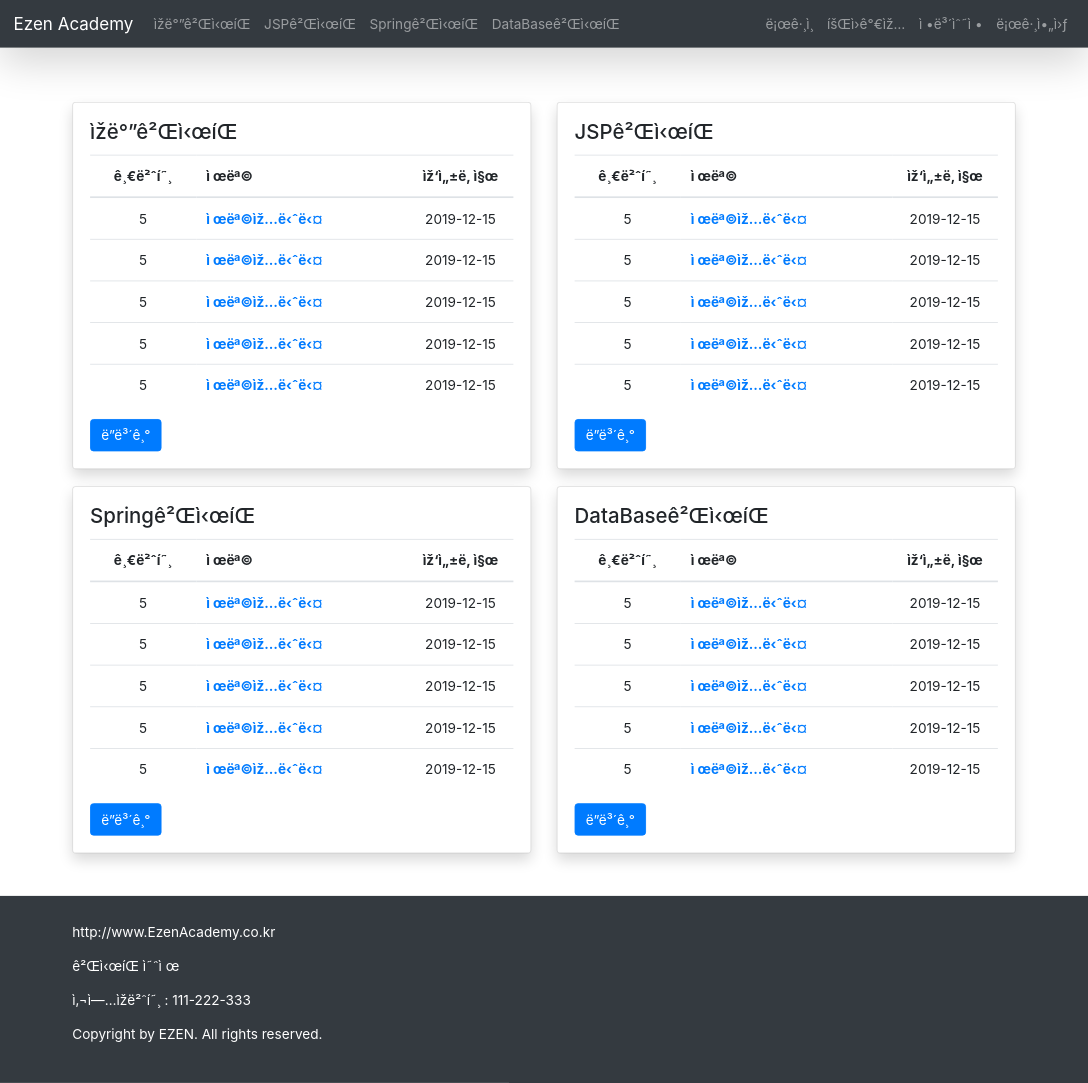
Repository: kangseongwuk/Spring
Page: http://localhost/SpringMiniProject/WEB-INF/views/index.jsp
The author's editor kept a copy of each file at every save. The page is drawn from the files as they stood at one save, then again after the next save.
The browser window is 1280 px wide. The pictures show the whole page, at 85% of full size.
The page is served by Tomcat 9. Nobody is signed in. Other server files are loaded and not shown. The template is opened directly, without the code that normally fills it, so the values that code supplies are empty.

Above is the page before, as saved 2022-10-24 06:17:49.

### SpringMiniProject/src/main/webapp/WEB-INF/views/index.jsp
<!DOCTYPE html>
<html>
<head>
<meta charset="UTF-8">
<meta name="viewport" content="width=device-width, initial-scale=1">
<title>미니 프로젝트</title>
<!-- Bootstrap CDN -->
<link rel="stylesheet" href="https://maxcdn.bootstrapcdn.com/bootstrap/4.1.0/css/bootstrap.min.css">
<script src="https://ajax.googleapis.com/ajax/libs/jquery/3.3.1/jquery.min.js"></script>
<script src="https://cdnjs.cloudflare.com/ajax/libs/popper.js/1.14.0/umd/popper.min.js"></script>
<script src="https://maxcdn.bootstrapcdn.com/bootstrap/4.1.0/js/bootstrap.min.js"></script>
</head>
<body>

<!-- 상단 메뉴 부분 -->
<nav class="navbar navbar-expand-md bg-dark navbar-dark fixed-top shadow-lg">
	<a class="navbar-brand" href="index.html">Ezen Academy</a>
	<button class="navbar-toggler" type="button" data-toggle="collapse"
	        data-target="#navMenu">
		<span class="navbar-toggler-icon"></span>
	</button>
	<div class="collapse navbar-collapse" id="navMenu">
		<ul class="navbar-nav">
			<li class="nav-item">
				<a href="board_main.html" class="nav-link">자바게시판</a>
			</li>
			<li class="nav-item">
				<a href="board_main.html" class="nav-link">JSP게시판</a>
			</li>
			<li class="nav-item">
				<a href="board_main.html" class="nav-link">Spring게시판</a>
			</li>
			<li class="nav-item">
				<a href="board_main.html" class="nav-link">DataBase게시판</a>
			</li>
		</ul>

		<ul class="navbar-nav ml-auto">
			<li class="nav-item">
				<a href="login.html" class="nav-link">로그인</a>
			</li>
			<li class="nav-item">
				<a href="join.html" class="nav-link">회원가입</a>
			</li>
			<li class="nav-item">
				<a href="modify_user.html" class="nav-link">정보수정</a>
			</li>
			<li class="nav-item">
				<a href="index.html" class="nav-link">로그아웃</a>
			</li>
		</ul>
	</div>
</nav>

<!-- 게시판 미리보기 부분 -->
<div class="container" style="margin-top:100px">
	<div class="row">
		<div class="col-lg-6" style="margin-top:20px">
			<div class="card shadow">
				<div class="card-body">
					<h4 class="card-title">자바게시판</h4>
					<table class="table table-hover" id='board_list'>
						<thead>
							<tr>
								<th class="text-center w-25">글번호</th>
								<th>제목</th>
								<th class="text-center w-25 d-none d-xl-table-cell">작성날짜</th>
							</tr>
						</thead>
						<tbody>
							<tr>
								<td class="text-center">5</td>
								<th><a href='board_read.html'>제목입니다</a></th>
								<td class="text-center d-none d-xl-table-cell">2019-12-15</td>
							</tr>
							<tr>
								<td class="text-center">5</td>
								<th><a href='board_read.html'>제목입니다</a></th>
								<td class="text-center d-none d-xl-table-cell">2019-12-15</td>
							</tr>
							<tr>
								<td class="text-center">5</td>
								<th><a href='board_read.html'>제목입니다</a></th>
								<td class="text-center d-none d-xl-table-cell">2019-12-15</td>
							</tr>
							<tr>
								<td class="text-center">5</td>
								<th><a href='board_read.html'>제목입니다</a></th>
								<td class="text-center d-none d-xl-table-cell">2019-12-15</td>
							</tr>
							<tr>
								<td class="text-center">5</td>
								<th><a href='board_read.html'>제목입니다</a></th>
								<td class="text-center d-none d-xl-table-cell">2019-12-15</td>
							</tr>
						</tbody>
					</table>

					<a href="board_main.html" class="btn btn-primary">더보기</a>
				</div>
			</div>
		</div>
		<div class="col-lg-6" style="margin-top:20px">
			<div class="card shadow">
				<div class="card-body">
					<h4 class="card-title">JSP게시판</h4>
					<table class="table table-hover">
						<thead>
							<tr>
								<th class="text-center w-25">글번호</th>
								<th>제목</th>
								<th class="text-center w-25 d-none d-xl-table-cell">작성날짜</th>
							</tr>
						</thead>
						<tbody>
							<tr>
								<td class="text-center">5</td>
								<th><a href='board_read.html'>제목입니다</a></th>
								<td class="text-center d-none d-xl-table-cell">2019-12-15</td>
							</tr>
							<tr>
								<td class="text-center">5</td>
								<th><a href='board_read.html'>제목입니다</a></th>
								<td class="text-center d-none d-xl-table-cell">2019-12-15</td>
							</tr>
							<tr>
								<td class="text-center">5</td>
								<th><a href='board_read.html'>제목입니다</a></th>
								<td class="text-center d-none d-xl-table-cell">2019-12-15</td>
							</tr>
							<tr>
								<td class="text-center">5</td>
								<th><a href='board_read.html'>제목입니다</a></th>
								<td class="text-center d-none d-xl-table-cell">2019-12-15</td>
							</tr>
							<tr>
								<td class="text-center">5</td>
								<th><a href='board_read.html'>제목입니다</a></th>
								<td class="text-center d-none d-xl-table-cell">2019-12-15</td>
							</tr>
						</tbody>
					</table>

					<a href="board_main.html" class="btn btn-primary">더보기</a>
				</div>
			</div>

		</div>
		<div class="col-lg-6" style="margin-top:20px">
			<div class="card shadow">
				<div class="card-body">
					<h4 class="card-title">Spring게시판</h4>
					<table class="table table-hover">
						<thead>
							<tr>
								<th class="text-center w-25">글번호</th>
								<th>제목</th>
								<th class="text-center w-25 d-none d-xl-table-cell">작성날짜</th>
							</tr>
						</thead>
						<tbody>
							<tr>
								<td class="text-center">5</td>
								<th><a href='board_read.html'>제목입니다</a></th>
								<td class="text-center d-none d-xl-table-cell">2019-12-15</td>
							</tr>
							<tr>
								<td class="text-center">5</td>
								<th><a href='board_read.html'>제목입니다</a></th>
								<td class="text-center d-none d-xl-table-cell">2019-12-15</td>
							</tr>
							<tr>
								<td class="text-center">5</td>
								<th><a href='board_read.html'>제목입니다</a></th>
								<td class="text-center d-none d-xl-table-cell">2019-12-15</td>
							</tr>
							<tr>
								<td class="text-center">5</td>
								<th><a href='board_read.html'>제목입니다</a></th>
								<td class="text-center d-none d-xl-table-cell">2019-12-15</td>
							</tr>
							<tr>
								<td class="text-center">5</td>
								<th><a href='board_read.html'>제목입니다</a></th>
								<td class="text-center d-none d-xl-table-cell">2019-12-15</td>
							</tr>
						</tbody>
					</table>

					<a href="board_main.html" class="btn btn-primary">더보기</a>
				</div>
			</div>
		</div>
		<div class="col-lg-6" style="margin-top:20px">
			<div class="card shadow">
				<div class="card-body">
					<h4 class="card-title">DataBase게시판</h4>
					<table class="table table-hover">
						<thead>
							<tr>
								<th class="text-center w-25">글번호</th>
								<th>제목</th>
								<th class="text-center w-25 d-none d-xl-table-cell">작성날짜</th>
							</tr>
						</thead>
						<tbody>
							<tr>
								<td class="text-center">5</td>
								<th><a href='board_read.html'>제목입니다</a></th>
								<td class="text-center d-none d-xl-table-cell">2019-12-15</td>
							</tr>
							<tr>
								<td class="text-center">5</td>
								<th><a href='board_read.html'>제목입니다</a></th>
								<td class="text-center d-none d-xl-table-cell">2019-12-15</td>
							</tr>
							<tr>
								<td class="text-center">5</td>
								<th><a href='board_read.html'>제목입니다</a></th>
								<td class="text-center d-none d-xl-table-cell">2019-12-15</td>
							</tr>
							<tr>
								<td class="text-center">5</td>
								<th><a href='board_read.html'>제목입니다</a></th>
								<td class="text-center d-none d-xl-table-cell">2019-12-15</td>
							</tr>
							<tr>
								<td class="text-center">5</td>
								<th><a href='board_read.html'>제목입니다</a></th>
								<td class="text-center d-none d-xl-table-cell">2019-12-15</td>
							</tr>
						</tbody>
					</table>

					<a href="board_main.html" class="btn btn-primary">더보기</a>
				</div>
			</div>
		</div>
	</div>
</div>

<div class="container-fluid bg-dark text-white" style="margin-top:50px;padding-top:30px;padding-bottom:30px">
	<div class="container">
		<p>http://www.EzenAcademy.co.kr</p>
		<p>게시판 예제</p>
		<p>사업자번호 : 111-222-333</p>
		<p>Copyright by EZEN. All rights reserved.<p>
	</div>
</div>

</body>
</html>

After the next save:
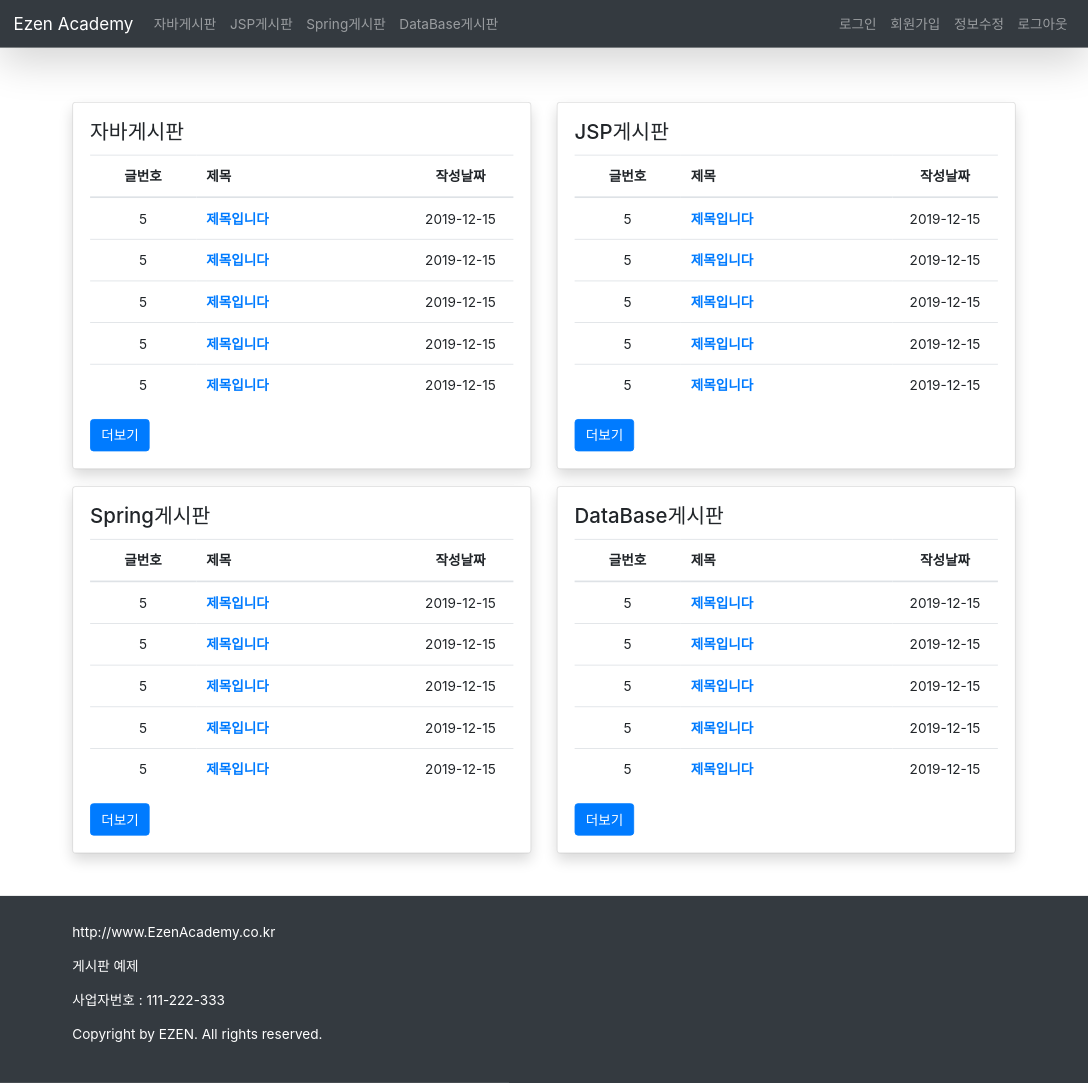
Saved 59 s later.
--- a/SpringMiniProject/src/main/webapp/WEB-INF/views/index.jsp
+++ b/SpringMiniProject/src/main/webapp/WEB-INF/views/index.jsp
@@ -1,3 +1,4 @@
+<%@ page language="java" contentType="text/html; charset=UTF-8" pageEncoding="UTF-8"%>
 <!DOCTYPE html>
 <html>
 <head>
